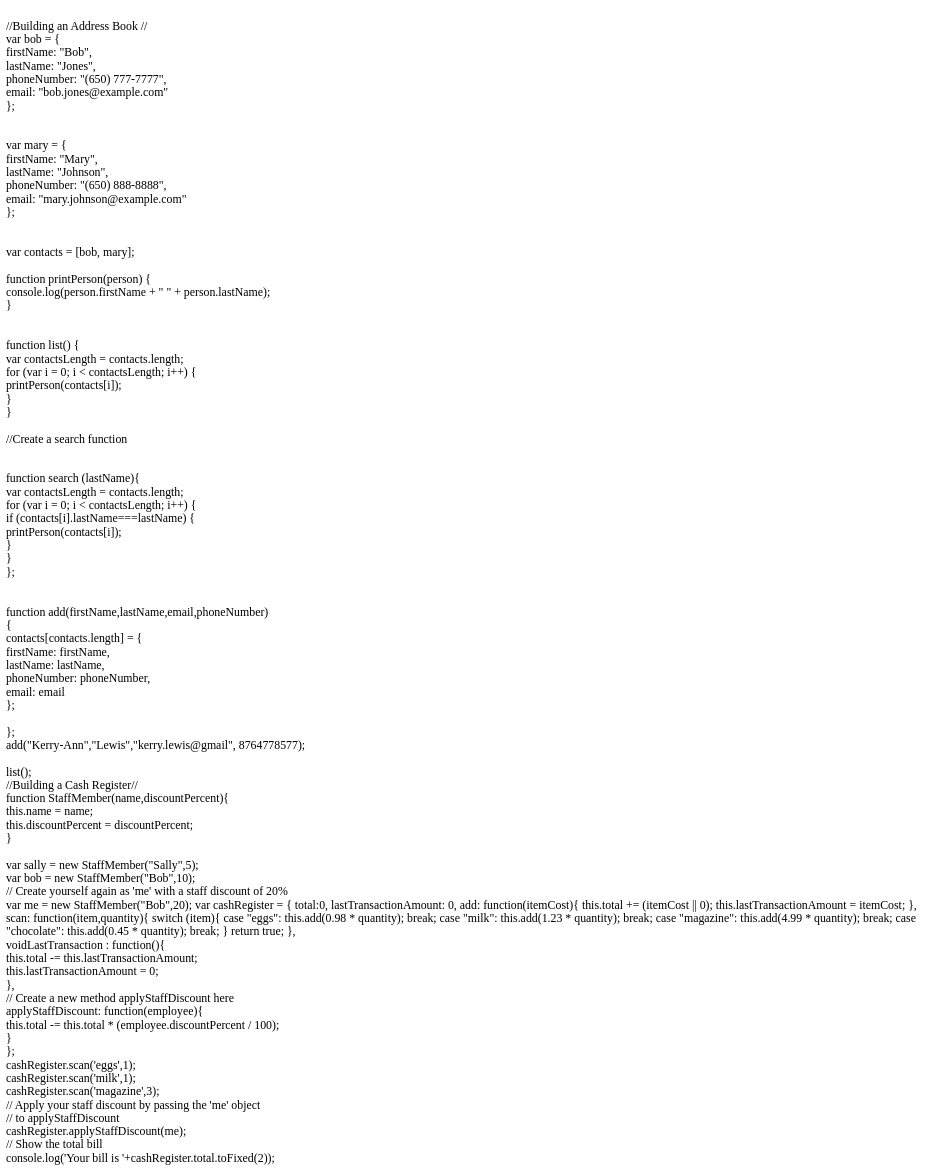
Repository: kernicole/info2180project1
Page: script.html
The author's editor kept a record of every edit. The page is drawn from the files as they stood at one moment, then again after the next edit.
The browser window is 1280 px wide. The pictures show the whole page, at 74% of full size.

Above is the page before.

After the next edit:
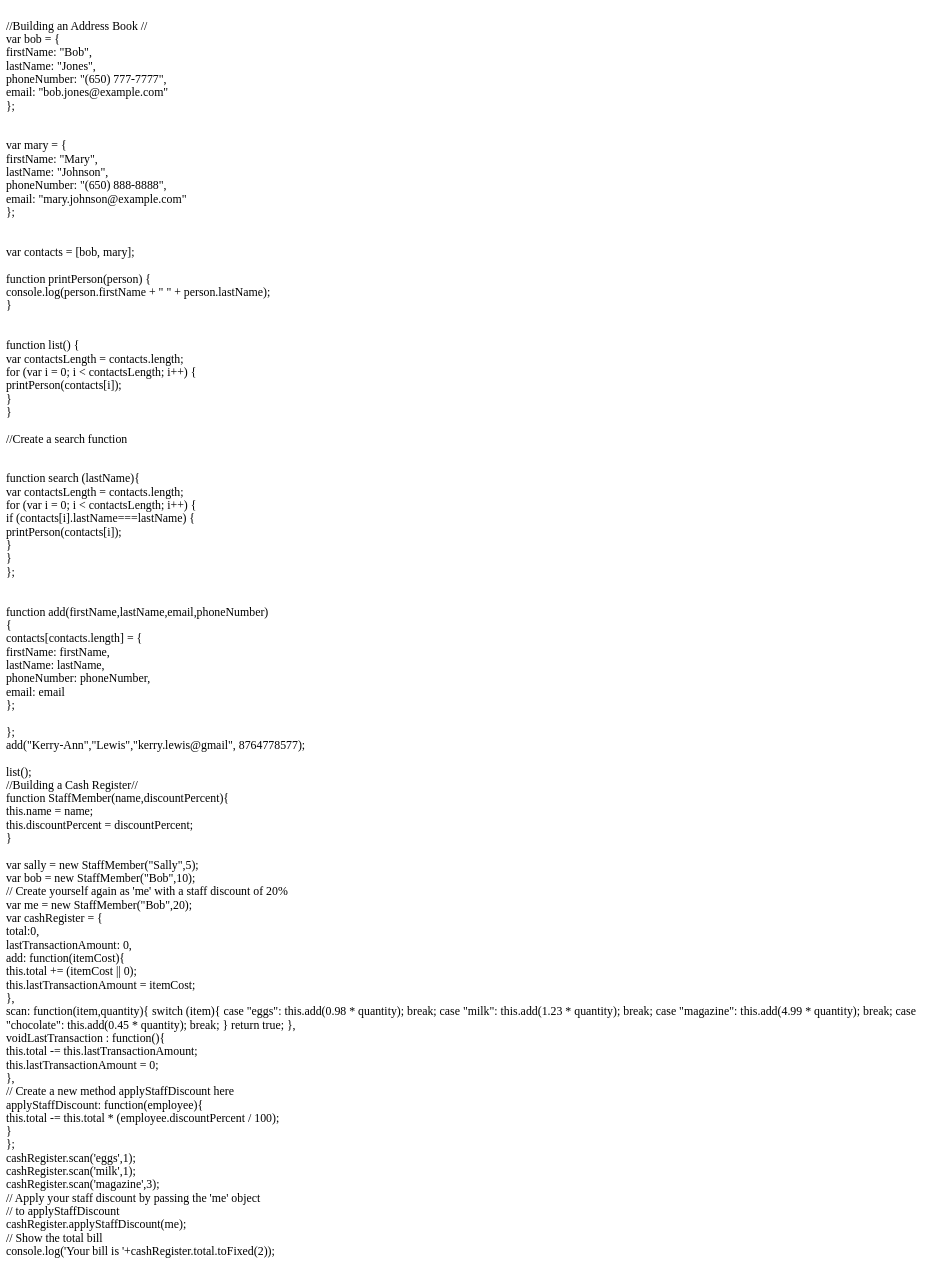
The edit:
--- a/script.html
+++ b/script.html
@@ -88,14 +88,14 @@
 <br/>// Create yourself again as 'me' with a staff discount of 20%
 <br/>var me = new StaffMember("Bob",20);
 
-var cashRegister = {
-    total:0,
-    lastTransactionAmount: 0,
-    add: function(itemCost){
-        this.total += (itemCost || 0);
-        this.lastTransactionAmount = itemCost;
-    },
-    scan: function(item,quantity){
+<br/>var cashRegister = {
+<br/>    total:0,
+<br/>    lastTransactionAmount: 0,
+<br/>    add: function(itemCost){
+<br/>        this.total += (itemCost || 0);
+<br/>        this.lastTransactionAmount = itemCost;
+<br/>    },
+<br/>    scan: function(item,quantity){
         switch (item){
         case "eggs": this.add(0.98 * quantity); break;
         case "milk": this.add(1.23 * quantity); break;
